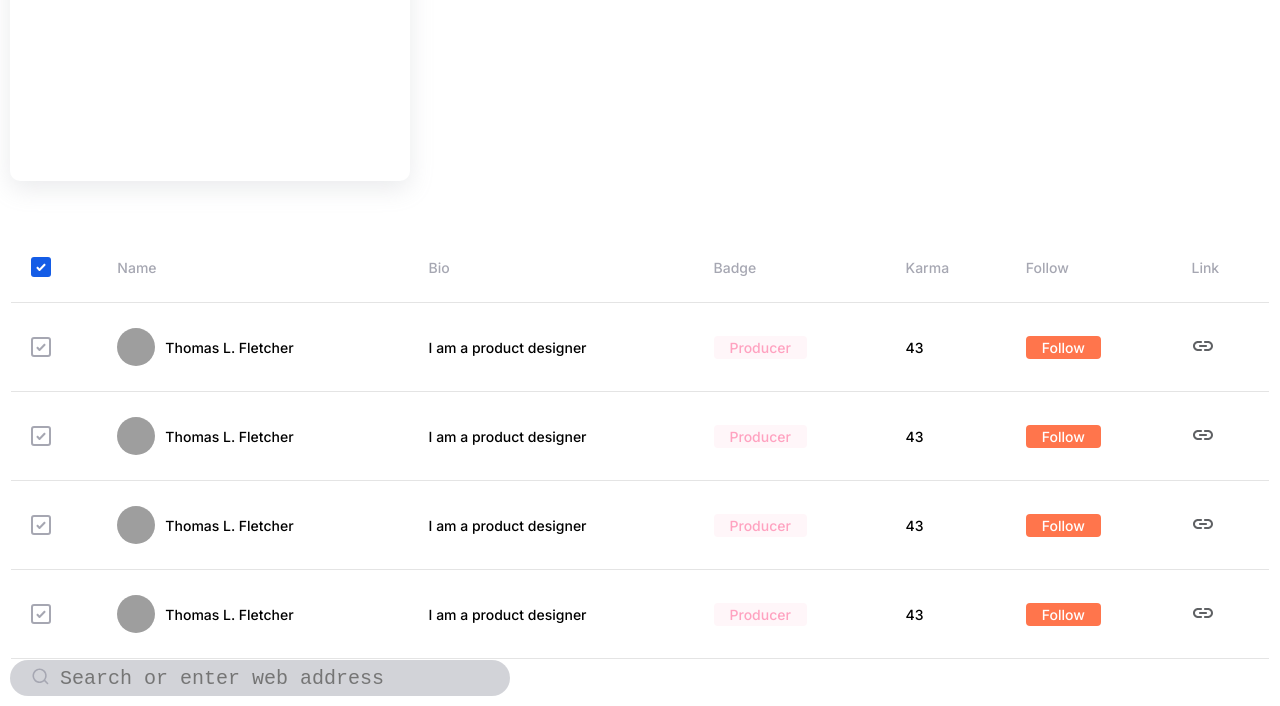
Repository: anhphapap/CSS
Page: test.html
An editor plug-in stored every save of this project. The page is shown before and after a run of saves, followed by the edit.
The browser window is 1280 px wide. The pictures show the part of the page from y = 642 to 1348 px (the page is 1348 px tall).
Pictures or frames that could not be fetched are drawn as grey boxes. A picture or video elsewhere on the page could not be fetched, so the positions and the page height are approximate.

Above is the page before, as saved 2023-04-09 21:59:57.

After the next 7 saves:
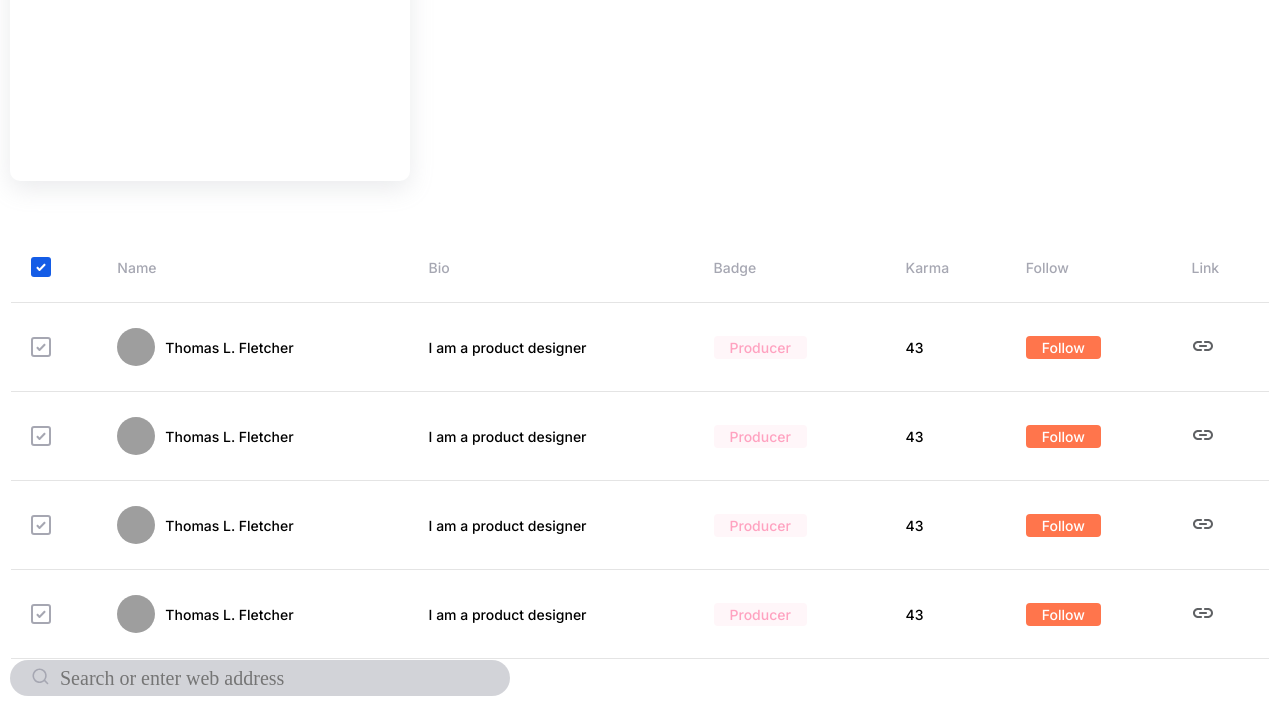
The 7 saves are shown as one change because they came seconds apart.
The last was saved 14 s later.
--- a/CSS/test.css
+++ b/CSS/test.css
@@ -395,7 +395,7 @@ td,th{
     background-color: rgba(166, 167, 178,0.5);
     border-radius: 100rem;
     font-size: 20px;
-    font-family: 'Courier New', Courier, monospace;
+    font-family: g;
 }
 
 .search-icon{
